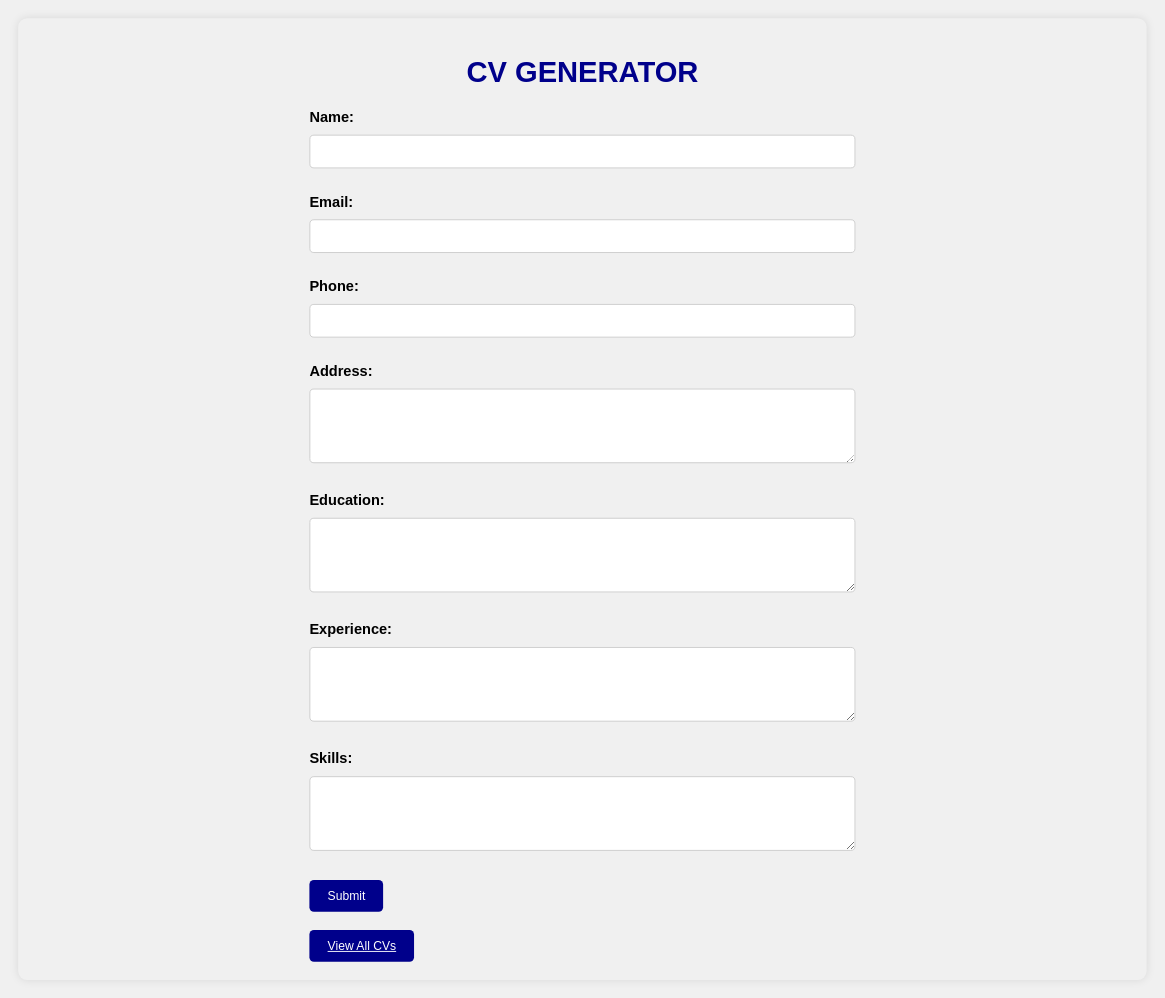
Repository: Arisha004/CV-generator
Page: index.html
The author's editor kept a copy of each file at every save. The page is drawn from the files as they stood at one save, then again after a run of saves.
The browser window is 1280 px wide. The pictures show the whole page, at 91% of full size.

Above is the page before, as saved 2025-10-14 01:08:26.

After the next 2 saves:
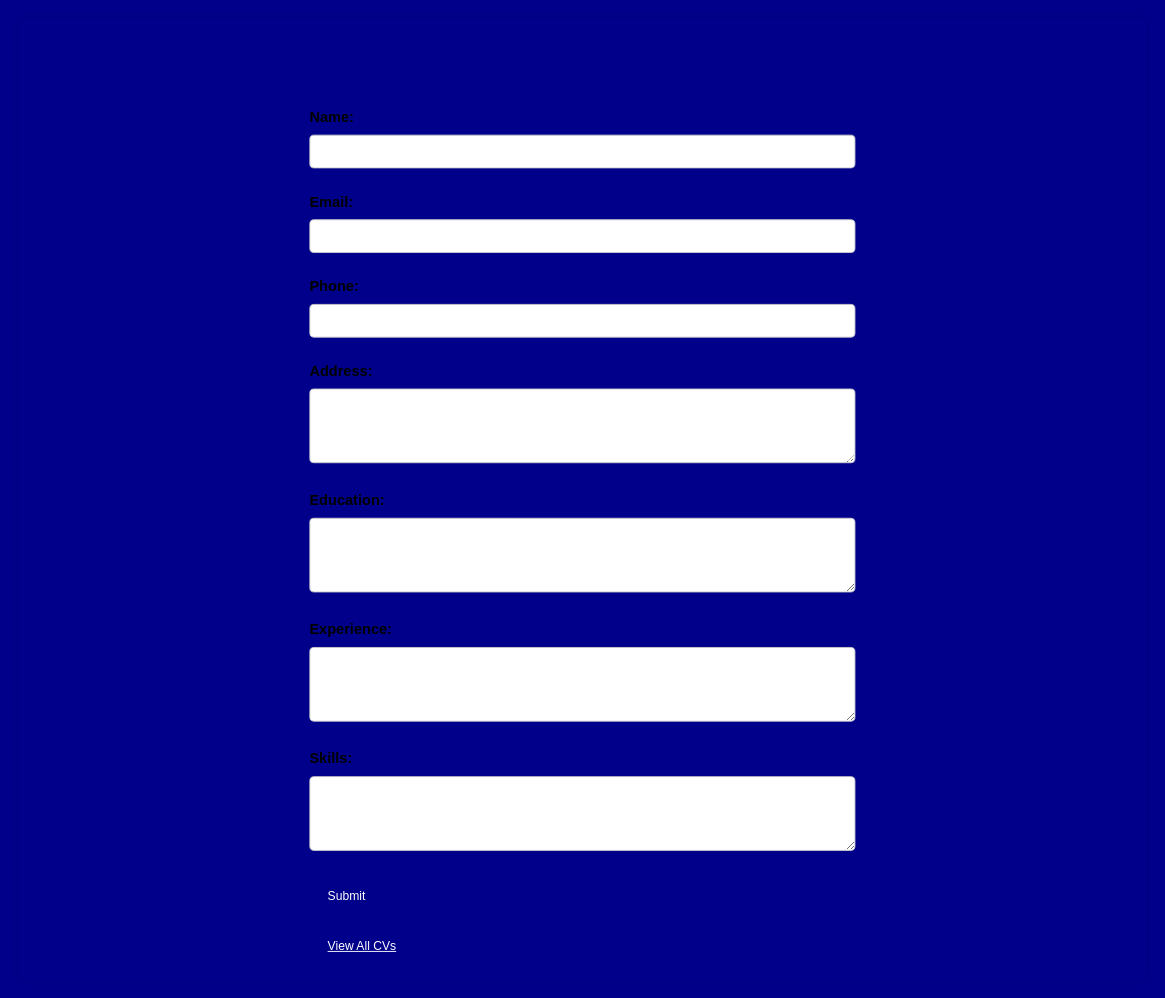
The 2 saves are shown as one change because they came seconds apart.
The last was saved 10 s later.
--- a/style.css
+++ b/style.css
@@ -1,6 +1,6 @@
 
 body{
-    background-color: #f0f0f0;
+    background-color: darkblue;
     font-family: Arial, sans-serif;
     margin: 20px;
     padding: 20px;
